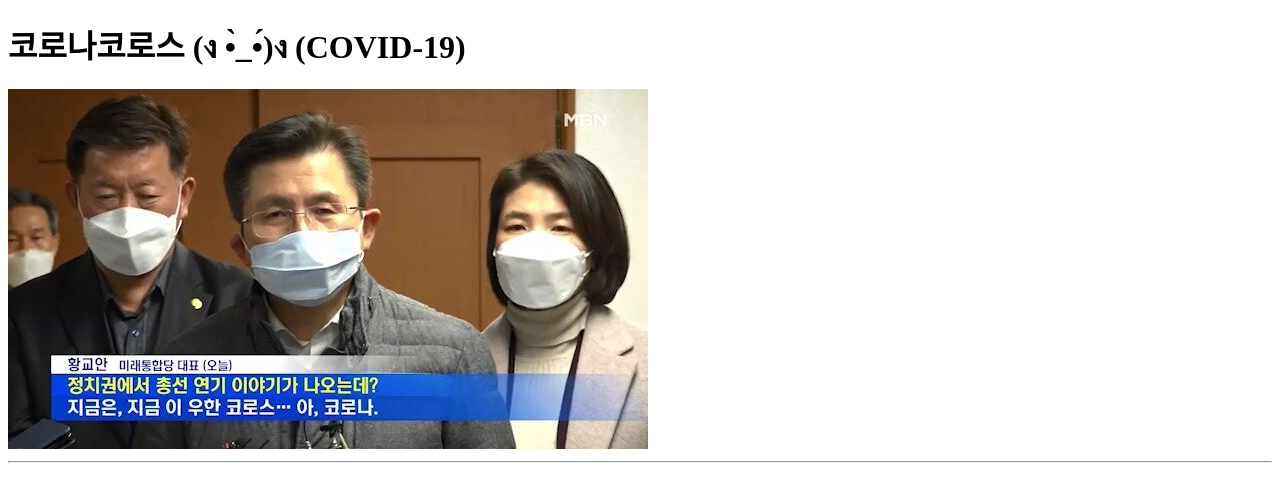
Repository: bbookk1104/spring-workspace
Page: http://localhost/practice_CRUD/
The author's editor kept a copy of each file at every save. The page is drawn from the files as they stood at one save, then again after the next save.
The browser window is 1280 px wide. The pictures show the whole page.
The page is served by Tomcat 9. Other server files are loaded and not shown.

Above is the page before, as saved 2022-09-30 08:47:15.

### practice_CRUD/src/main/webapp/index.jsp
<%@ page language="java" contentType="text/html; charset=UTF-8"
    pageEncoding="UTF-8"%>
<!DOCTYPE html>
<html>
<head>
<meta charset="UTF-8">
<title>어쩔저쩔.tv</title>
</head>
<body>
	<h1>코로나코로스 (ง •̀_•́)ง  (COVID-19)</h1>
	<img src="/resources/img/coross.jpg">
	<hr>
</body>
</html>

After the next save:
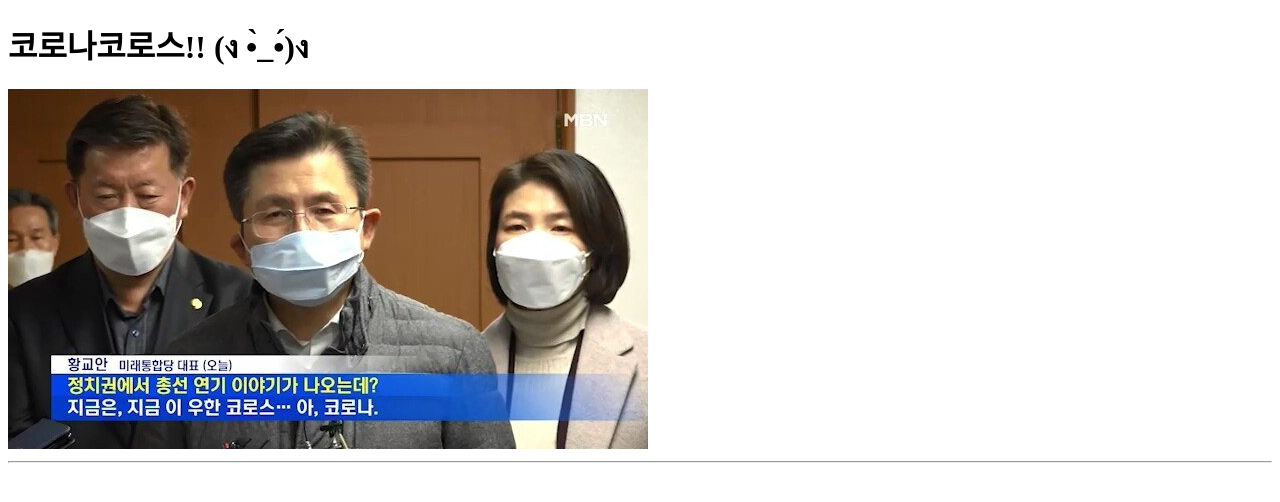
Saved 17 s later.
--- a/practice_CRUD/src/main/webapp/index.jsp
+++ b/practice_CRUD/src/main/webapp/index.jsp
@@ -7,7 +7,7 @@
 <title>어쩔저쩔.tv</title>
 </head>
 <body>
-	<h1>코로나코로스 (ง •̀_•́)ง  (COVID-19)</h1>
+	<h1>코로나코로스!! (ง •̀_•́)ง </h1>
 	<img src="/resources/img/coross.jpg">
 	<hr>
 </body>
